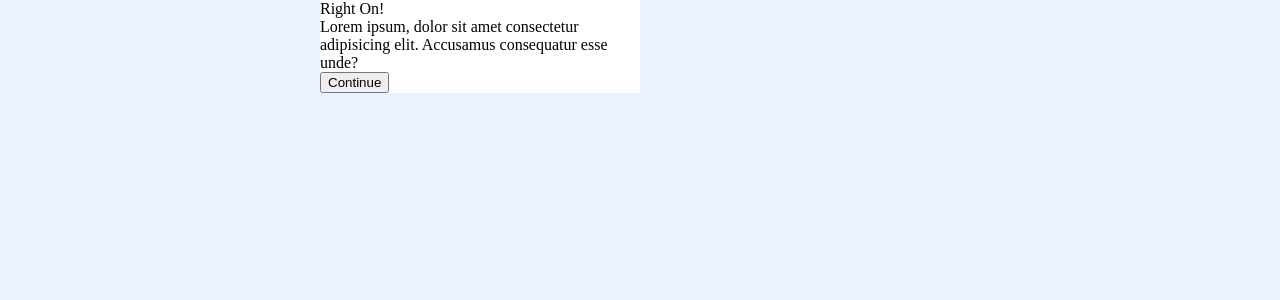
Repository: giahuy405/flash_message_BEM
Page: index.html
An editor plug-in stored every save of this project. The page is shown before and after the next save, followed by the edit.
The browser window is 1280 px wide. The pictures show the whole page.

Above is the page before, as saved 2022-09-06 02:07:40.

After the next save:
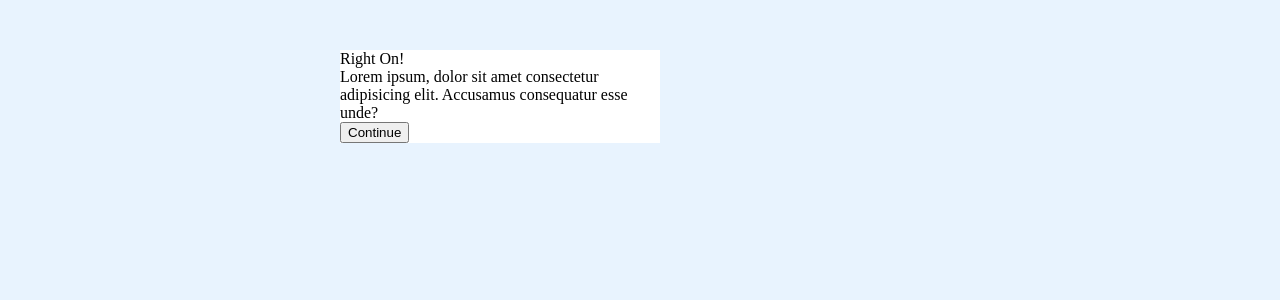
Saved 10 s later.
--- a/css/index.css
+++ b/css/index.css
@@ -17,5 +17,5 @@
     float: left;
     width: 50%;
     background-color: white;
-    margin: auto;
+    margin: 50px 20px;
 }
